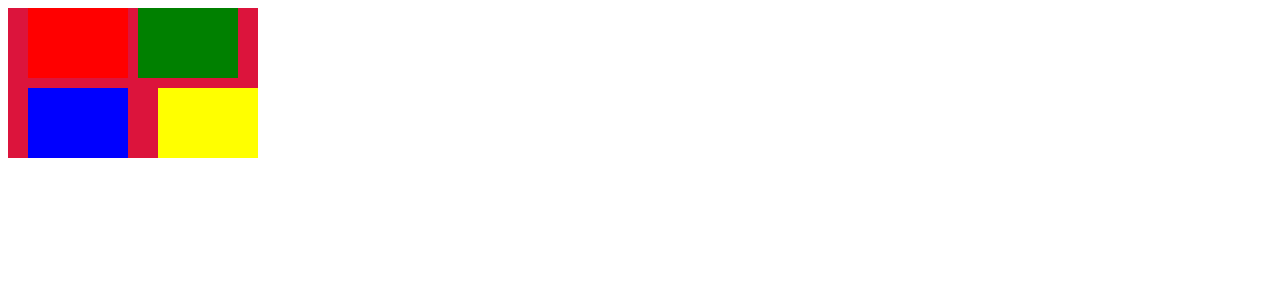
Repository: latenightsnacc/furry-meme
Page: animation.html
The author's editor kept a copy of each file at every save. The page is drawn from the files as they stood at one save, then again after the next save.
The browser window is 1280 px wide. The pictures show the whole page.

Above is the page before, as saved 2021-05-14 13:03:36.

After the next save:
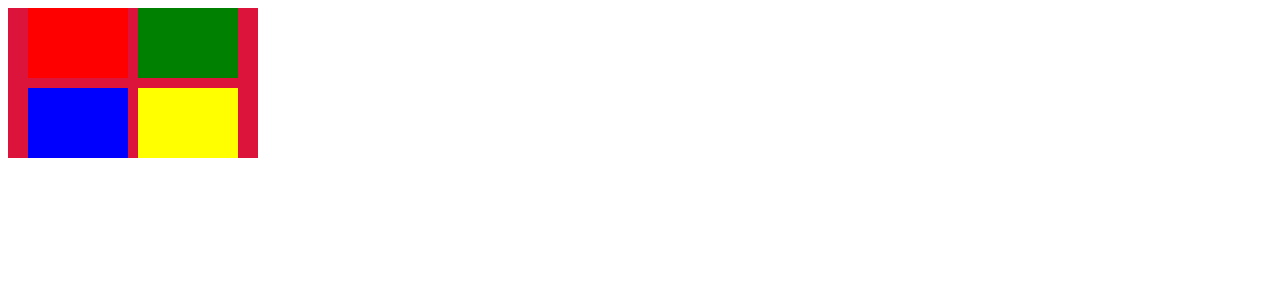
Saved 11 s later.
--- a/animation.html
+++ b/animation.html
@@ -42,8 +42,8 @@
         }
         .yellow {
             background: yellow;
-            right: 0;
-            bottom: 0;
+            right: 20px;
+            bottom: 0px;
         }
     </style>
 </head>
